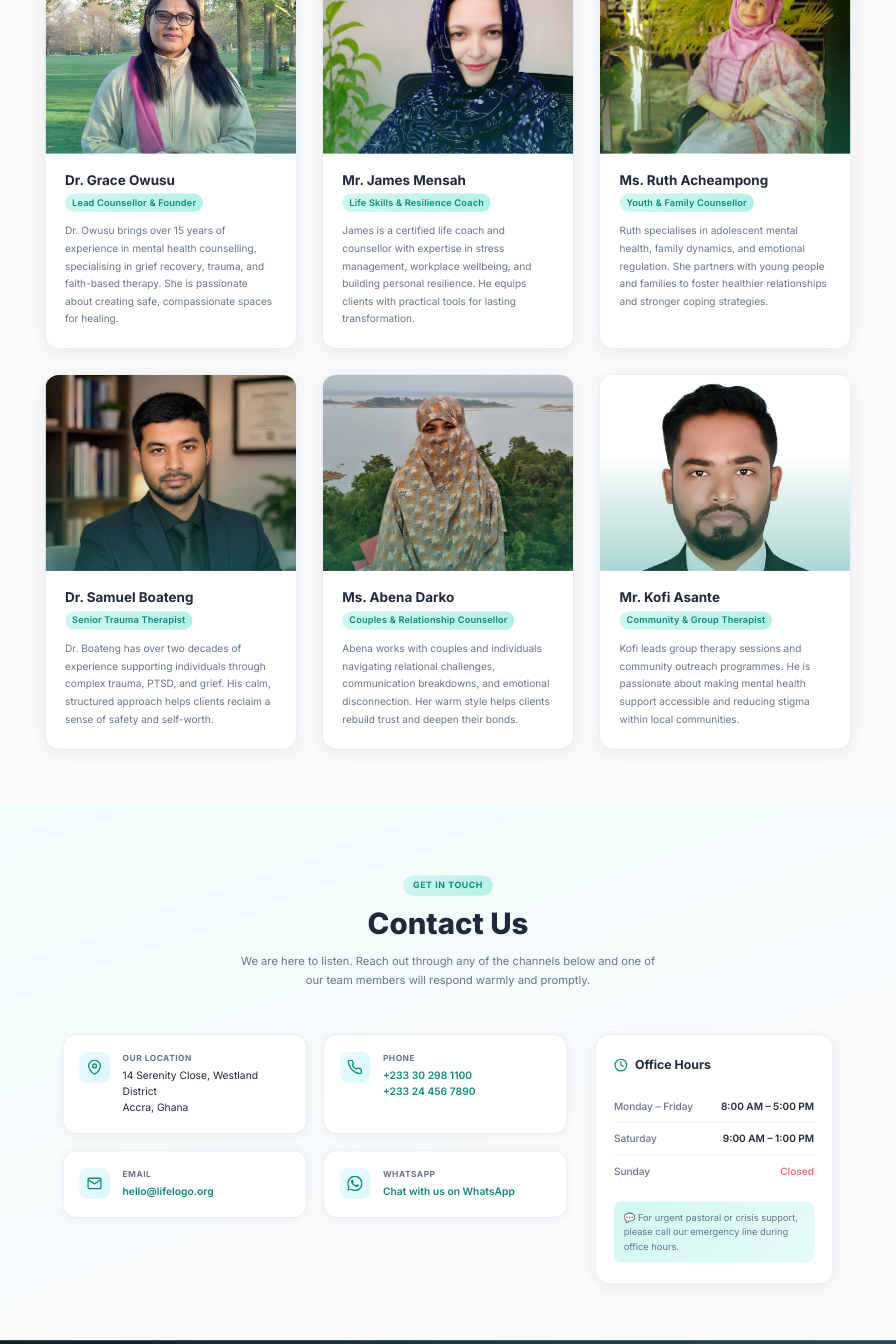
Repository: Tan47s/Lifelogo
Page: /
An editor plug-in stored every save of this project. The page is shown before and after the next save, followed by the edit.
The browser window is 1280 px wide. The pictures show the part of the page from y = 2601 to 4521 px (the page is 4886 px tall before and 4911 px after), at 70% of full size.
The project was rebuilt for these pictures with package versions that can differ from the ones it lists, and the page was loaded fresh each time. Also part of the build but not shown: vite.config.js.

Above is the page before, as saved 2026-08-09 16:56:20.

After the next save:
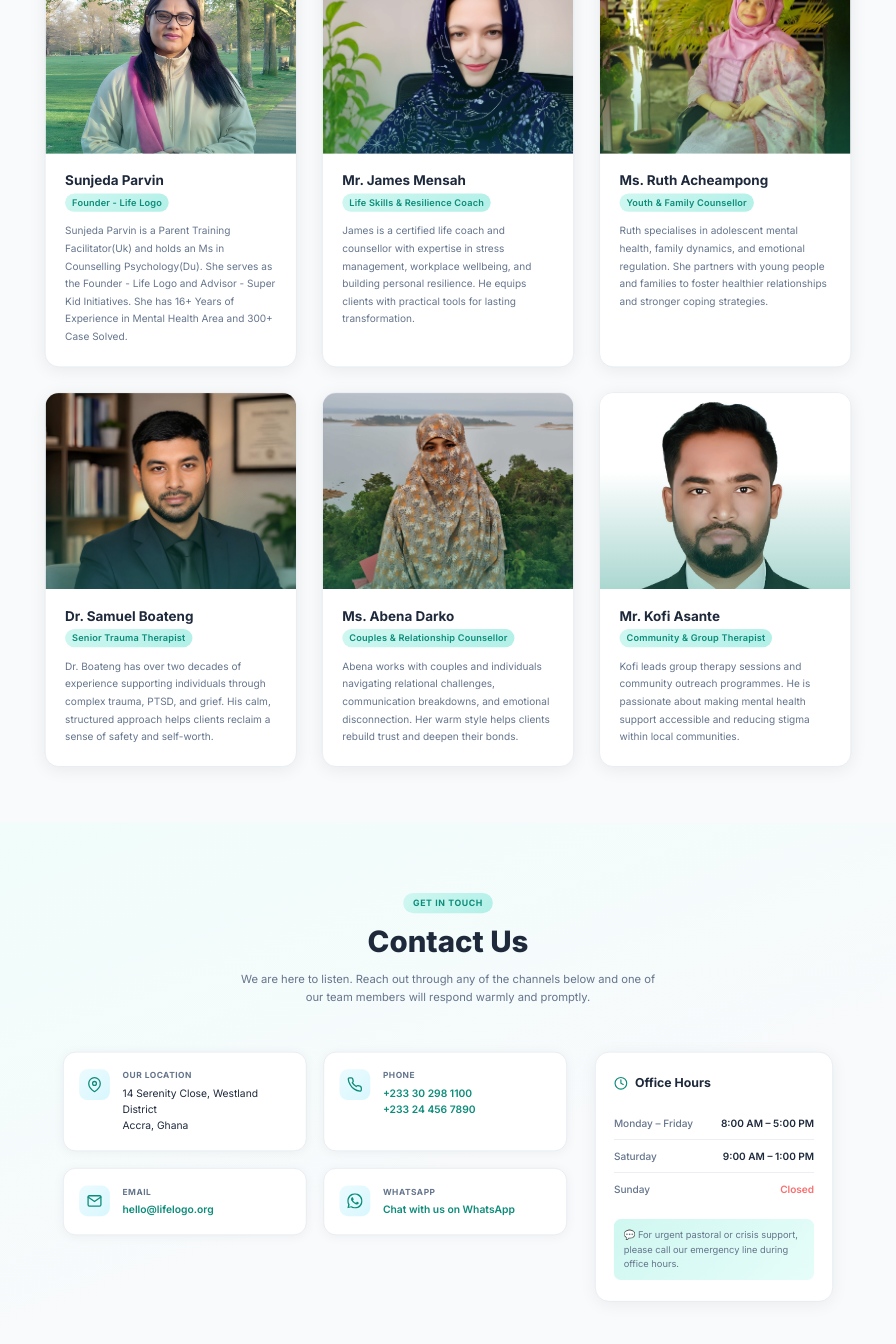
Saved 13 min 11 s later.
--- a/src/comp/Counsellors.jsx
+++ b/src/comp/Counsellors.jsx
@@ -10,9 +10,9 @@ import c6 from '../assets/counsellor6.jpg'
 const counsellors = [
   {
     img: c1,
-    name: 'Dr. Grace Owusu',
-    role: 'Lead Counsellor & Founder',
-    bio: 'Dr. Owusu brings over 15 years of experience in mental health counselling, specialising in grief recovery, trauma, and faith-based therapy. She is passionate about creating safe, compassionate spaces for healing.',
+    name: 'Sunjeda Parvin',
+    role: 'Founder - Life Logo',
+    bio: 'Sunjeda Parvin is a Parent Training Facilitator(Uk) and holds an Ms in Counselling Psychology(Du). She serves as the Founder - Life Logo and Advisor - Super Kid Initiatives. She has 16+ Years of Experience in Mental Health Area and 300+ Case Solved.',
   },
   {
     img: c2,
